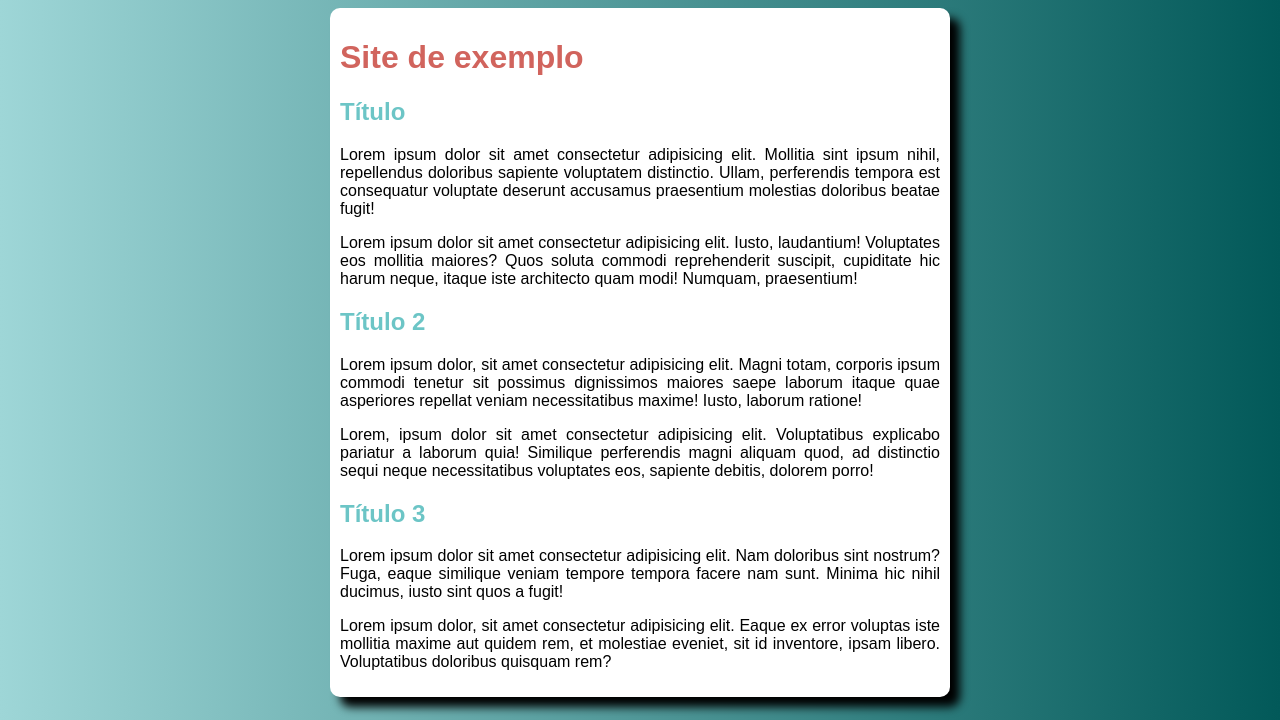
Repository: pheonix5/Estudo
Page: html-css/exercicios/ex016/cor03.html
These files come from the project's save history. The page is drawn as it stood at one moment and after the next save; the edit follows.
The browser window is 1280 px wide. The pictures show the whole page.

Above is the page before, as saved 2023-08-10 21:53:11.

After the next save:
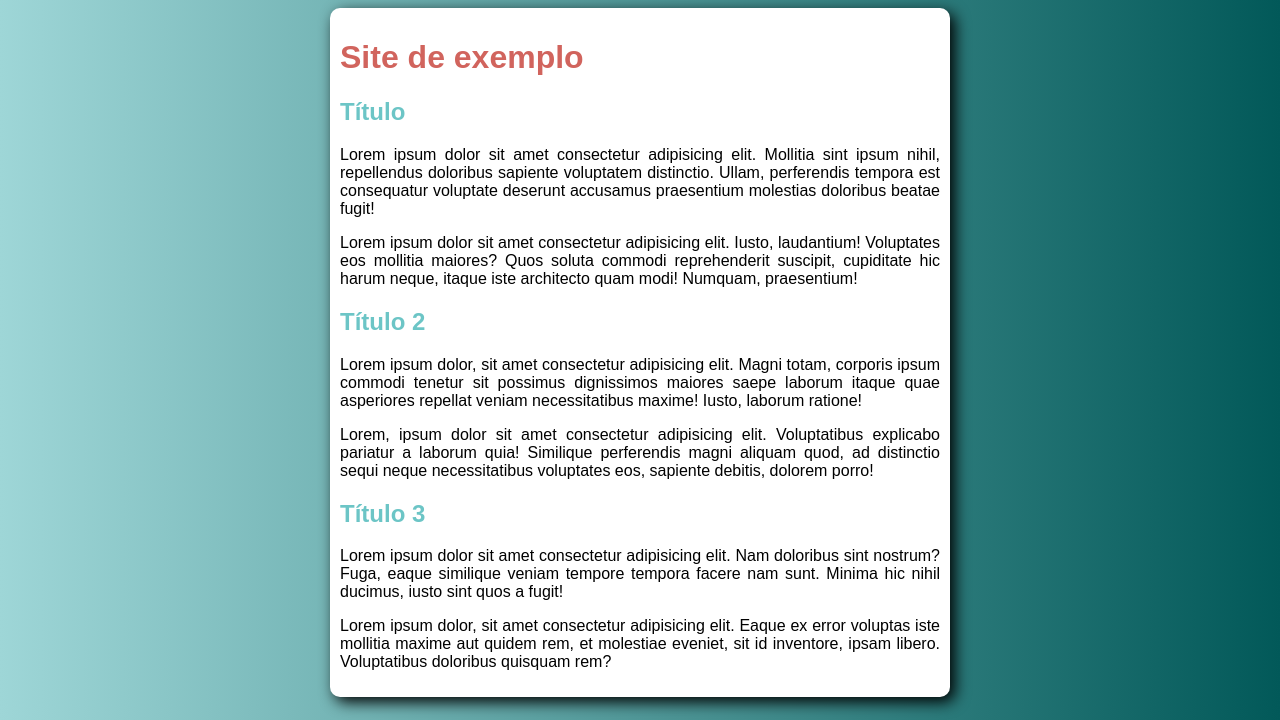
Saved 29 s later.
--- a/html-css/exercicios/ex016/style.css
+++ b/html-css/exercicios/ex016/style.css
@@ -12,7 +12,7 @@ body{
 main{
   background-color: #FFF;
   border-radius: 10px;
-  box-shadow: 10px 10px 10px black;
+  box-shadow: 5px 5px 15px black;
   width: 600px;
   padding: 10px;
   margin: auto;
